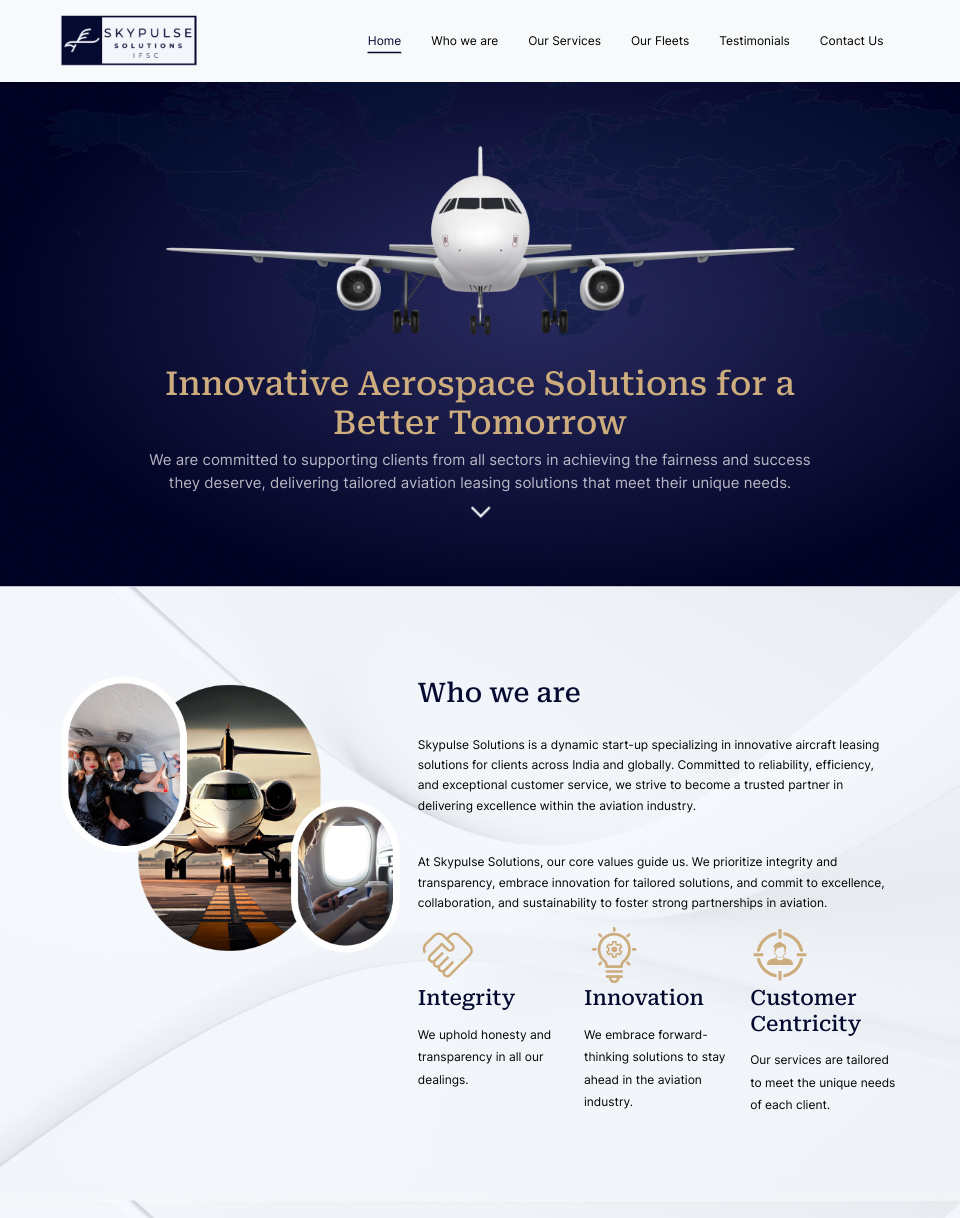
Repository: mangalravi/SkyPulse
Page: index.html
These files come from the project's save history. The page is drawn as it stood at one moment and after the next save; the edit follows.
The browser window is 1280 px wide. The pictures show the whole page, at 75% of full size.

Above is the page before, as saved 2024-12-30 10:32:57.

### index.html
<!DOCTYPE html>
<html lang="en">
  <head>
    <meta charset="UTF-8" />
    <meta name="viewport" content="width=device-width, initial-scale=1.0" />
    <title>SkyPluse</title>
    <link rel="icon" href="content/images/favicon.png" type="image/x-icon" />
    <link
      rel="stylesheet"
      type="text/css"
      href="content/bootstrap/css/bootstrap.min.css"
    />
    <link rel="stylesheet" type="text/css" href="content/css/font-family.css" />
    <link rel="stylesheet" type="text/css" href="content/css/Icon.css" />
    <link
      rel="stylesheet"
      type="text/css"
      href="content/lib/slick/css/slick.min.css"
    />
    <link rel="stylesheet" type="text/css" href="content/css/custom.css" />
  </head>
  <body>
    <header class="nvbrhdr position-fixed w-100">

      <nav class="navbar navbar-expand-lg bg-body-tertiary p-0">
        <div class="container-fluid container-lg">
          <a class="navbar-brand m-0 p-0" href="#">
            <img src="content/images/logo.png" alt="logo">
          </a>
          <button class="navbar-toggler" type="button" data-bs-toggle="collapse" data-bs-target="#navbarSupportedContent" aria-controls="navbarSupportedContent" aria-expanded="false" aria-label="Toggle navigation">
            <span class="navbar-toggler-icon"></span>
          </button>
          <div class="collapse navbar-collapse" id="navbarSupportedContent">
            <ul class="navbar-nav ms-auto mb-2 mb-lg-0">
              <li class="nav-item">
                <a class="nav-link active ps-0" aria-current="page" href="#">Home</a>
              </li>
              <li class="nav-item">
                <a class="nav-link" href="#">Who we are</a>
              </li>

              <li class="nav-item">
                <a class="nav-link" href="#">Our Services</a>
              </li>
              <li class="nav-item">
                <a class="nav-link" href="#">Our Fleets</a>
              </li>
              <li class="nav-item">
                <a class="nav-link" href="#">Testimonials</a>
              </li>

              <li class="nav-item">
                <a class="nav-link pe-0" href="#">Contact Us</a>
              </li>
            </ul>

          </div>
        </div>
      </nav>

    </header>
   <section class="top-banner" style="background:url(content/images/banner-bg.png)">
    <div class="container">
      <div class="row justify-content-center">
        <div class="col-md-10">
          <div class="topcntnt text-center">
            <img src="content/images/airplane.png" alt="airplane">
            <h1 class="mb-2 fw-medium">Innovative Aerospace Solutions for a Better Tomorrow</h1>
            <p class="mb-2">We are committed to supporting clients from all sectors in achieving the fairness and success they deserve, delivering tailored aviation leasing solutions that meet their unique needs.</p>
            <span class="material-symbols-outlined">  arrow_forward_ios </span>
          </div>
        </div>
      </div>
    </div>
   </section>
   <section class="who-we-are" style="background:url(content/images/who-we-are-bg.jpg)">
    <div class="container">
      <div class="row justify-content-center gx-4">
        <div class="col-md-5">
<img src="content/images/who-we-are.png" alt="who">
          </div>
        <div class="col-md-7">
<h2 class="sec-head ">Who we are</h2>
<p class="sec-para mb-5">Skypulse Solutions is a
  dynamic start-up specializing in innovative aircraft leasing solutions
   for clients across India
  and globally.  Committed
   to reliability, efficiency, and exceptional
   customer service, we
   strive to become a
   trusted partner in
   delivering excellence
   within the aviation industry.</p>
   <p class="sec-para">
    At Skypulse Solutions, our core values guide us. We prioritize integrity and transparency, embrace innovation for tailored solutions, and commit to excellence, collaboration, and sustainability to foster strong partnerships in aviation.
   </p>
   <div class="row">
    <div class="col-md-4">
      <img src="content/images/integrity.svg" alt="integrity">
      <h3>Integrity</h3>
      <p>We uphold honesty and transparency in all our dealings.</p>
    </div>
    <div class="col-md-4">
      <img src="content/images/innovation.svg" alt="innovation">
      <h3>Innovation</h3>
      <p>We embrace forward-thinking solutions to stay ahead in the aviation industry.</p>
    </div>
    <div class="col-md-4">
      <img src="content/images/customer-centricity.svg" alt="customer-centricity">
      <h3>Customer Centricity</h3>
      <p>Our services are tailored to meet the unique needs of each client.</p>
    </div>
   </div>
          </div>
          </div>
          </div>
          </div>
    <script src="content/js/jquery.min.js"></script>
  <script src="content/bootstrap/js/bootstrap.bundle.min.js"></script>
    <script src="content/lib/slick/js/slick.min.js"></script>
    <script src="content/js/custom.js"></script>
  </body>
</html>

### content/css/font-family.css
/* Inter Family */

@font-face {
  font-family: "Inter";
  font-style: normal;
  font-weight: 400;
  src: url("../fonts/Inter/Inter-Regular.ttf") format("truetype");
  font-display: swap;
}

@font-face {
  font-family: "Inter";
  font-style: normal;
  font-weight: 500;
  src: url("../fonts/Inter/Inter-Medium.ttf") format("truetype");
  font-display: swap;
}

/* Roboto Serif Family */

@font-face {
  font-family: "RobotoSerif";
  font-style: normal;
  font-weight: 400;
  src: url("../fonts/Roboto-Serif/RobotoSerif-Regular.ttf") format("truetype");
  font-display: swap;
}

@font-face {
  font-family: "RobotoSerif";
  font-style: normal;
  font-weight: 500;
  src: url("../fonts/Roboto-Serif/RobotoSerif-Medium.ttf") format("truetype");
  font-display: swap;
}

### content/css/Icon.css
/* fallback */
@font-face {
    font-family: 'Material Icons';
    font-style: normal;
    font-weight: 300;
    src: url(../fonts/icon.woff2) format('woff2');
  }
  /* fallback */
  @font-face {
    font-family: 'Material Icons Outlined';
    font-style: normal;
    font-weight: 300;
    src: url(../fonts/icon-outline.woff2) format('woff2');
  }
  @font-face {
    font-family: 'Material Symbols Outlined';
    font-style: normal;
    font-weight: 300;
    src: url(../fonts/icon-symbol-outline.woff2) format('woff2');
  }

  .material-icons {
    font-family: 'Material Icons';
    font-weight: normal;
    font-style: normal;
    font-size: 24px;
    line-height: 1;
    letter-spacing: normal;
    text-transform: none;
    display: inline-block;
    white-space: nowrap;
    word-wrap: normal;
    direction: ltr;
    -webkit-font-feature-settings: 'liga';
    -webkit-font-smoothing: antialiased;
  }

  .material-icons-outlined {
    font-family: 'Material Icons Outlined';
    font-weight: normal;
    font-style: normal;
    font-size: 24px;
    line-height: 1;
    letter-spacing: normal;
    text-transform: none;
    display: inline-block;
    white-space: nowrap;
    word-wrap: normal;
    direction: ltr;
    -webkit-font-feature-settings: 'liga';
    -webkit-font-smoothing: antialiased;
  }
 /* Fallback */


.material-symbols-outlined {
  font-family: 'Material Symbols Outlined';
  font-weight: normal;
  font-style: normal;
  font-size: 24px;
  line-height: 1;
  letter-spacing: normal;
  text-transform: none;
  display: inline-block;
  white-space: nowrap;
  word-wrap: normal;
  direction: ltr;
  -webkit-font-feature-settings: 'liga';
  -webkit-font-smoothing: antialiased;
}

### content/lib/slick/css/slick.min.css
/**
 * Minified by jsDelivr using clean-css v4.2.0.
 * Original file: /npm/slick-carousel@1.8.1/slick/slick.css
 *
 * Do NOT use SRI with dynamically generated files! More information: https://www.jsdelivr.com/using-sri-with-dynamic-files
 */
 .slick-slider{position:relative;display:block;box-sizing:border-box;-webkit-user-select:none;-moz-user-select:none;-ms-user-select:none;user-select:none;-webkit-touch-callout:none;-khtml-user-select:none;-ms-touch-action:pan-y;touch-action:pan-y;-webkit-tap-highlight-color:transparent}.slick-list{position:relative;display:block;overflow:hidden;margin:0;padding:0}.slick-list:focus{outline:0}.slick-list.dragging{cursor:pointer;cursor:hand}.slick-slider .slick-list,.slick-slider .slick-track{-webkit-transform:translate3d(0,0,0);-moz-transform:translate3d(0,0,0);-ms-transform:translate3d(0,0,0);-o-transform:translate3d(0,0,0);transform:translate3d(0,0,0)}.slick-track{position:relative;top:0;left:0;display:block;margin-left:auto;margin-right:auto}.slick-track:after,.slick-track:before{display:table;content:''}.slick-track:after{clear:both}.slick-loading .slick-track{visibility:hidden}.slick-slide{display:none;float:left;height:100%;min-height:1px}[dir=rtl] .slick-slide{float:right}.slick-slide img{display:block}.slick-slide.slick-loading img{display:none}.slick-slide.dragging img{pointer-events:none}.slick-initialized .slick-slide{display:block}.slick-loading .slick-slide{visibility:hidden}.slick-vertical .slick-slide{display:block;height:auto;border:1px solid transparent}.slick-arrow.slick-hidden{display:none}
 /*# sourceMappingURL=/sm/fb3ed351cd5c0f1f30f88778ee1f9b056598e6d25ac4fdcab1eebcd8be521cd9.map */

### content/css/custom.css
:root {
  --bs-primary-color: #050A30;
  --bs-secondary-color: #030303;
  --bs-gold-color: #CDAD7D;
  --bs-heading-font-family: 'RobotoSerif', serif;
  --bs-body-font-family: 'Inter', sans-serif;
}

  section {
    padding: 120px 0;
  }
  p {
    color:var(--bs-secondary-color);
    line-height: 1.875rem;
    font-weight: 400;
  }
  a {
    text-decoration: none;
  }
  h1,h2,h3,h4,h5,h6 {
    font-family: var(--bs-heading-font-family);
    font-weight: 500;
    margin-bottom: 1rem;
    color:var(--bs-primary-color);
  }
  .material-symbols-outlined {
    font-weight: bold;
    font-size:1.25rem;
    transition:all 0.7s;
  }
  img {
    max-width: 100%;
  }
  body{
    padding:0 ;
  }
 .navbar{
background: #FFFFFFF2;
 }
 .navbar-expand-lg .navbar-nav .nav-link {
padding: 2.781rem 0;
margin:0 1.25rem;
color:#000000;
line-height: 1.25rem;
position: relative;
 }
 .navbar-expand-lg .navbar-nav .nav-link.active {
  color: var(--bs-primary-color);
 }
 .navbar-expand-lg .navbar-nav .nav-link::before{
  position: absolute;
  content: "";
  background: transparent;
  width: 100%;
  height: 2px;
  left: 0;
  top: 63%;
 }
 .navbar-expand-lg .navbar-nav .nav-link.active::before,
  .navbar-expand-lg .navbar-nav .nav-link:hover::before {
background:var(--bs-primary-color);
 }

/* top-banner */
.top-banner{
  padding-top: 195px;
   padding-bottom: 78px;
background-size:cover;
background-position:center;
 }
.top-banner .topcntnt img{
margin-bottom: 2.5rem;
 }
.top-banner .topcntnt h1{
color:#CDAD7D;
font-size:2.75rem;
line-height: 51.52px;
letter-spacing: 1.5%;
 }
.top-banner .topcntnt p{
font-size:1.25rem;
line-height: 1.875rem;
color:#fff;
opacity: 0.7;
 }
.top-banner .topcntnt span{
  font-size: 2rem;
  transform: rotate(90deg);
  color: #fff;
}
.sec-head{
  font-size: 2.25rem;
  line-height: 45px;
}
.who-we-are .sec-head{
  margin-bottom: 2rem;
}
.gold{
  color:#CDAD7D;
}
.sec-para{
  color:#030303;
  line-height: 27.2px;
}

### content/js/custom.js
$(window).scroll(function () {
  $(this).scrollTop() >= 250
    ? $(".nvbrhdr").addClass("bg-white")
    : $(".nvbrhdr").removeClass("bg-white");
})

Loaded but not shown: content/bootstrap/css/bootstrap.min.css (library); content/js/jquery.min.js (library); content/bootstrap/js/bootstrap.bundle.min.js (library); content/lib/slick/js/slick.min.js (library)

After the next save:
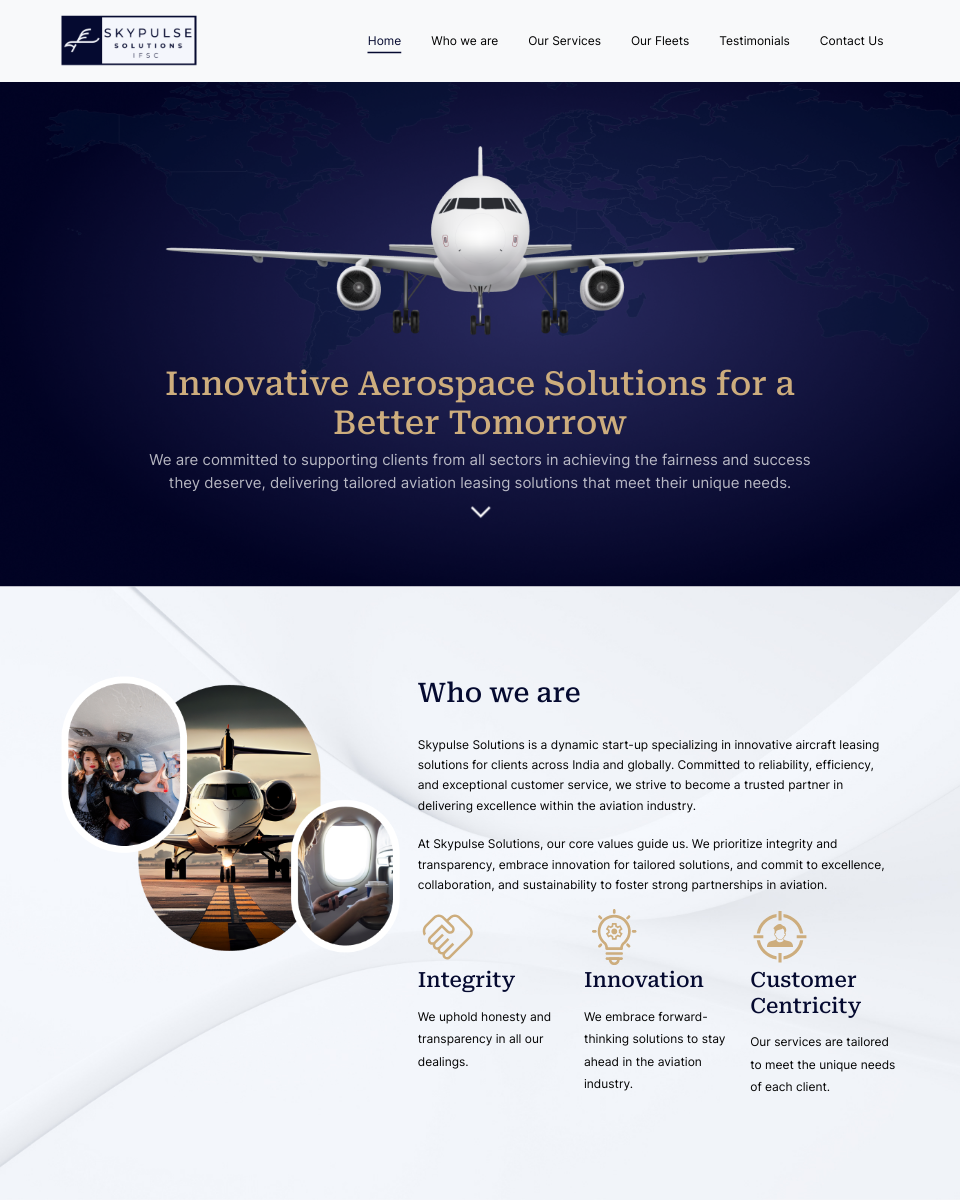
Saved 8 s later.
--- a/index.html
+++ b/index.html
@@ -81,7 +81,7 @@
           </div>
         <div class="col-md-7">
 <h2 class="sec-head ">Who we are</h2>
-<p class="sec-para mb-5">Skypulse Solutions is a
+<p class="sec-para mb-4">Skypulse Solutions is a
   dynamic start-up specializing in innovative aircraft leasing solutions
    for clients across India
   and globally.  Committed
